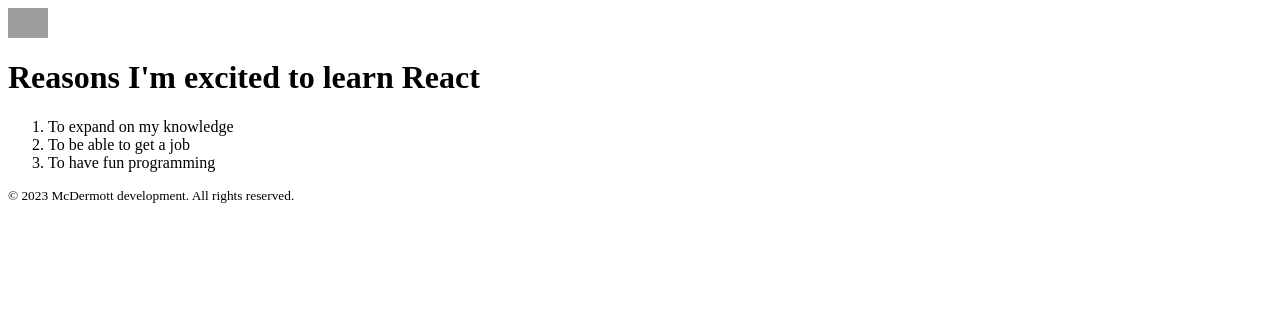
Repository: evemcd/scrimba-react1
Page: index.html
An editor plug-in stored every save of this project. The page is shown before and after the next save, followed by the edit.
The browser window is 1280 px wide. The pictures show the whole page.
Pictures or frames that could not be fetched are drawn as grey boxes. Some web libraries are served in a nearby version.

Above is the page before, as saved 2023-07-31 11:36:59.

### index.html
<html>

<head>
    <link rel="stylesheet" href="index.css">
    <script crossorigin src="https://unpkg.com/react@17/umd/react.development.js"></script>
    <script crossorigin src="https://unpkg.com/react-dom@17/umd/react-dom.development.js"></script>
    <script src="https://unpkg.com/babel-standalone@6/babel.min.js"></script>
</head>

<body>
    <div id="root"></div>
    <script src="index3.js" type="text/babel"></script>
</body>

</html>

### index3.js
/**
Challenge:
Part 1: Create a page of your own using a custom Page component
It should return an ordered list with the reasons why you're excited to be learning React :)
Render your list to the page
Part 2:
- Add a `header` element with a nested `nav` element. Inside the `nav`, include a `img` element with the image of the React logo inside
  (src="./react-logo.png") and make sure to set the width to something more manageable so it doesn't take up the whole screen
- Add an `h1` with some text describing the page. (E.g. "Reasons I'm excited to learn React"). Place it above the ordered list.
- Add a `footer` after the list that says: "© 20xx <last name here> development. All rights reserved."
 */

function Header() {
    return (
        <header>
            <nav>
                <img src="./react-logo.png" width="40px" />
            </nav>
        </header>
    )
}

function Content() {
    return (
        <div>
            <h1>Reasons I'm excited to learn React</h1>
            <ol>
                <li>To expand on my knowledge</li>
                <li>To be able to get a job</li>
                <li>To have fun programming</li>
            </ol>
        </div>
    )
}

function Footer() {
    return (
        <footer>
            <small>© 2023 McDermott development. All rights reserved.</small>
        </footer>
    )
}

function Page() {
    return (
        <div>
            <Header />
            <Content />
            <Footer />
        </div>
    )
}

ReactDOM.render(
    <div>
        <Page />
    </div>,
    document.getElementById("root")
)

Loaded but not shown: index.css (no copy from this time; the picture is the same without it)

After the next save:
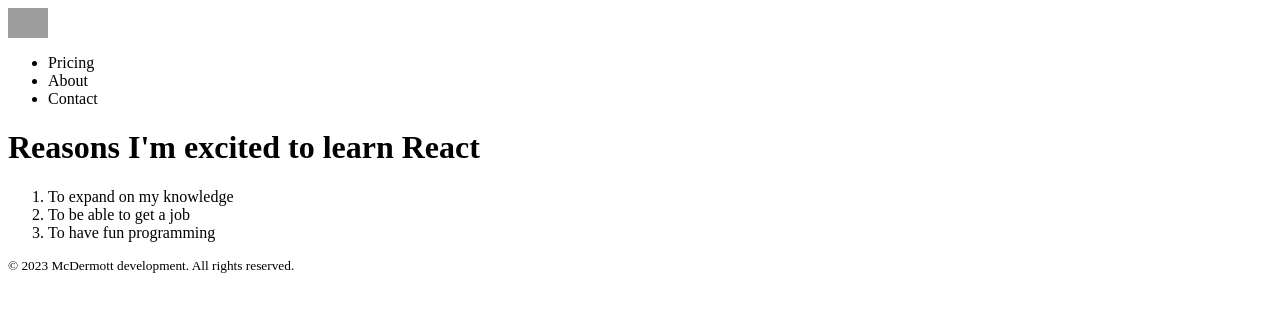
Saved 59 min 40 s later.
--- a/index3.js
+++ b/index3.js
@@ -8,6 +8,8 @@
   (src="./react-logo.png") and make sure to set the width to something more manageable so it doesn't take up the whole screen
 - Add an `h1` with some text describing the page. (E.g. "Reasons I'm excited to learn React"). Place it above the ordered list.
 - Add a `footer` after the list that says: "© 20xx <last name here> development. All rights reserved."
+Part 3:
+- Add an `ul` inside the Header's `nav` and create the following `li`s: "Pricing", "About", & "Contact"
  */
 
 function Header() {
@@ -15,6 +17,11 @@
         <header>
             <nav>
                 <img src="./react-logo.png" width="40px" />
+                <ul>
+                    <li>Pricing</li>
+                    <li>About</li>
+                    <li>Contact</li>
+                </ul>
             </nav>
         </header>
     )
